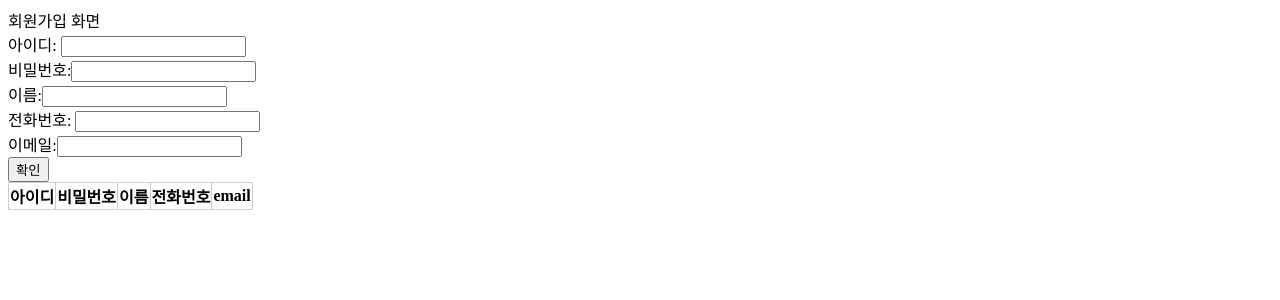
Repository: kdh2212/KDT_code
Page: http://localhost/20250801Web/memberSearch2.jsp
These files come from the project's save history. The page is drawn as it stood at one moment and after the next save; the edit follows.
The browser window is 1280 px wide. The pictures show the whole page.
The page is served by Tomcat 9. Other server files are loaded and not shown. Queries for data that is not in the repository find no rows.

Above is the page before, as saved 2025-08-01 06:42:21.

### 20250801Web/src/main/webapp/memberSearch2.jsp
<%@ page language="java" contentType="text/html; charset=UTF-8"
    pageEncoding="UTF-8"%>
<%@ page import="java.sql.*, javax.sql.*" %>
<!DOCTYPE html>
<html>
<head>
<meta charset="UTF-8">
<title>Insert title here</title>
</head>
<body>
<form>
회원가입 화면<br/>
  아이디: <input type="text" name="member_id"/><br/>
비밀번호:<input type="text" name="member_pw" /><br/>
   이름:<input type="text" name="member_name" /><br/>
전화번호: <input type="text" name="member_number" /><br/>
  이메일:<input type="text" name="member_email" /><br/>
<input type="submit" value="확인"/>
</form>

<%
String member_id = request.getParameter("member_id");
String member_pw = request.getParameter("member_pw");
String member_name = request.getParameter("member_name");
String member_number = request.getParameter("member_number");
String member_email = request.getParameter("member_email");
String sql = "";
if("".equals(member_id) || member_id == null){
	sql = "SELECT * FROM member_0801";
} else {
	sql = "insert into member_0801(member_id,member_pw,member_name,member_number,member_email) values('%s','%s','%s','%s','%s')" + member_id +member_pw+member_name+member_number+member_email;
}
Connection conn = null;
Statement stmt = null;
ResultSet rs = null;
try {
    Class.forName("com.mysql.cj.jdbc.Driver");
    conn = DriverManager.getConnection("jdbc:mysql://localhost:3305/Member", "root", "1234");
    stmt = conn.createStatement();
    rs = stmt.executeQuery(sql);
%>
<style type = "text/css">
table, th, td{
	border:1px solid #ccc;
	border-collapse:collapse;
}
th, td { padding:10px,20px;}
</style>
<table>
<tr>
<th>아이디</th><th>비밀번호</th><th>이름</th><th>전화번호</th><th>email</th>
</tr>
<%
    while (rs.next()) {
%>
<tr>
<td><%=rs.getString("member_id") %></td>
<td><%=rs.getString("member_pw") %></td>
<td><%=rs.getString("member_name") %></td>
<td><%=rs.getString("member_number") %></td>
<td><%=rs.getString("member_email") %></td>
</tr>
<%
    }
} catch (SQLException e) {
    out.println("데이터베이스 오류: " + e.getMessage());
} catch (ClassNotFoundException e) {
    out.println("드라이버를 찾을 수 없습니다: " + e.getMessage());
} finally {
    try {
        if (rs != null) rs.close();
        if (stmt != null) stmt.close();
        if (conn != null) conn.close();
    } catch (SQLException e) {
        out.println("리소스를 닫는 도중 오류 발생: " + e.getMessage());
    }
}

%>

</table>
</body>
</html>

After the next save:
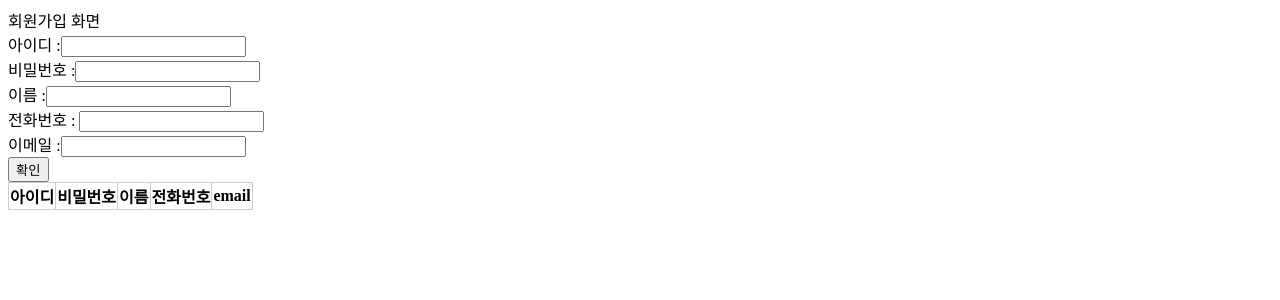
Saved 3 min 40 s later.
--- a/20250801Web/src/main/webapp/memberSearch2.jsp
+++ b/20250801Web/src/main/webapp/memberSearch2.jsp
@@ -10,11 +10,11 @@
 <body>
 <form>
 회원가입 화면<br/>
-  아이디: <input type="text" name="member_id"/><br/>
-비밀번호:<input type="text" name="member_pw" /><br/>
-   이름:<input type="text" name="member_name" /><br/>
-전화번호: <input type="text" name="member_number" /><br/>
-  이메일:<input type="text" name="member_email" /><br/>
+아이디	:<input type="text" name="member_id"/><br/>
+비밀번호	:<input type="text" name="member_pw" /><br/>
+이름		:<input type="text" name="member_name" /><br/>
+전화번호	: <input type="text" name="member_number" /><br/>
+ 이메일	:<input type="text" name="member_email" /><br/>
 <input type="submit" value="확인"/>
 </form>
 
@@ -28,7 +28,7 @@ String sql = "";
 if("".equals(member_id) || member_id == null){
 	sql = "SELECT * FROM member_0801";
 } else {
-	sql = "insert into member_0801(member_id,member_pw,member_name,member_number,member_email) values('%s','%s','%s','%s','%s')" + member_id +member_pw+member_name+member_number+member_email;
+	sql = "insert into member_0801(member_id,member_pw,member_name,member_number,member_email) values('%s','%s','%s','%s','%s')" + member_id + member_pw + member_name + member_number + member_email;
 }
 Connection conn = null;
 Statement stmt = null;
